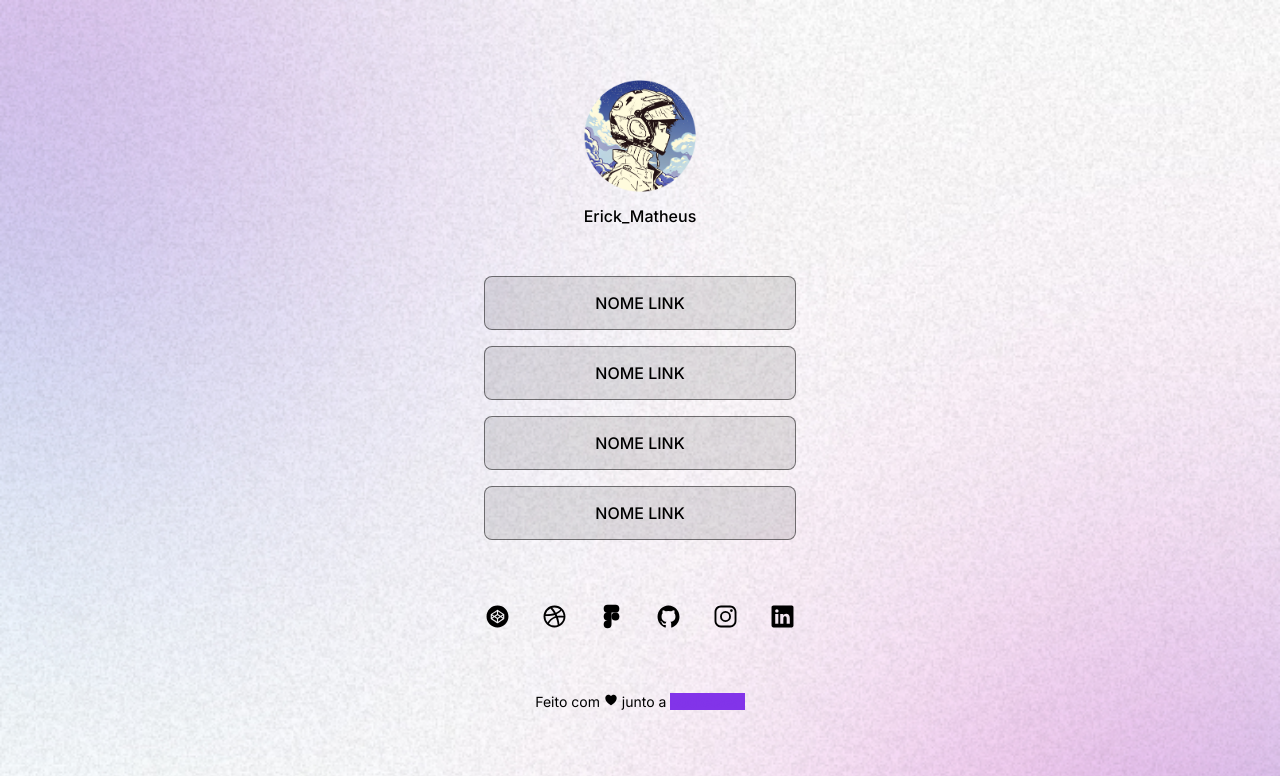
Repository: e-rickmatheus/project_dev_links
Page: index.html
These files come from the project's save history. The page is drawn as it stood at one moment and after a run of saves; the edit follows.
The browser window is 1280 px wide. The pictures show the whole page.
The pointer rests on the first visible `#rocketseat`.

Above is the page before, as saved 2025-04-03 18:38:15.

After the next 4 saves:
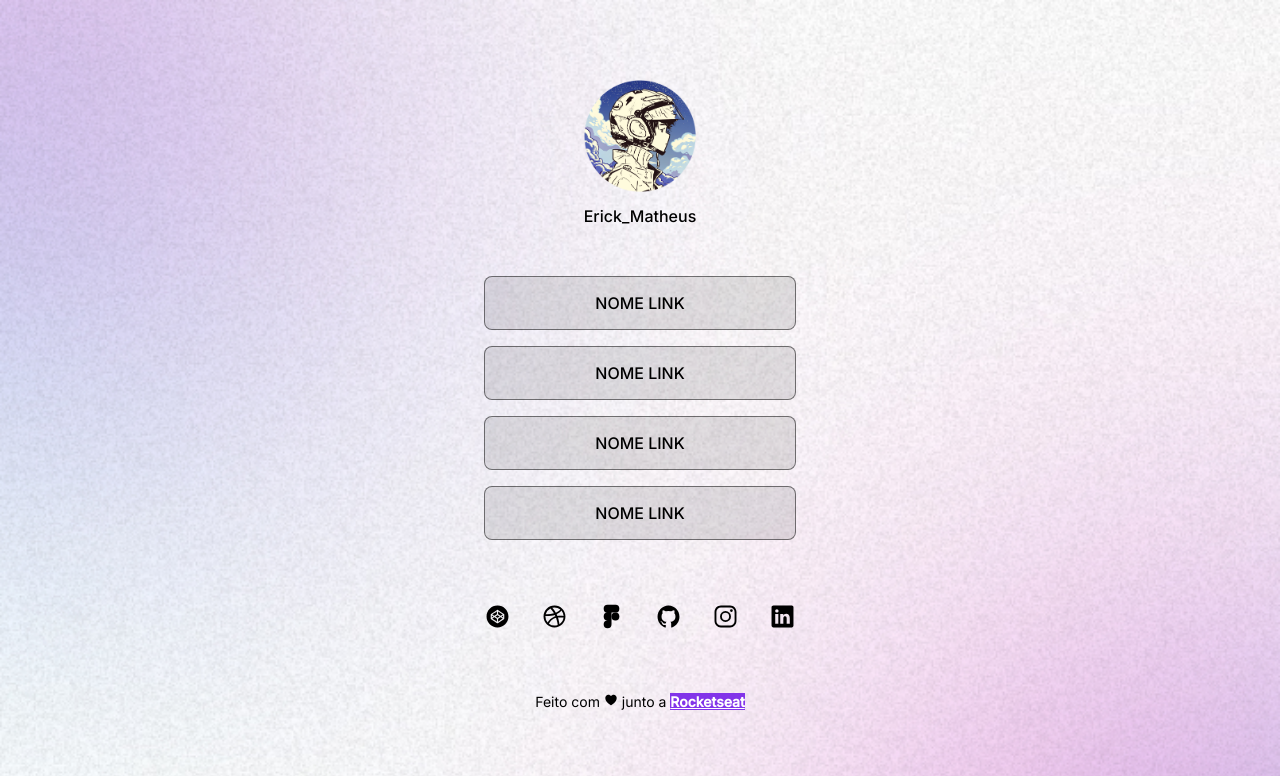
The 4 saves are shown as one change because they came seconds apart.
The last was saved 17 s later.
--- a/style.css
+++ b/style.css
@@ -159,7 +159,7 @@ footer {
 }
 
 #rocketseat:hover { /* quando o mouse estiver em cima do link */
-  color: rgb(130 52 233);
+  color: white;
   text-decoration: underline;
   background:  rgb(130 52 233);
 
